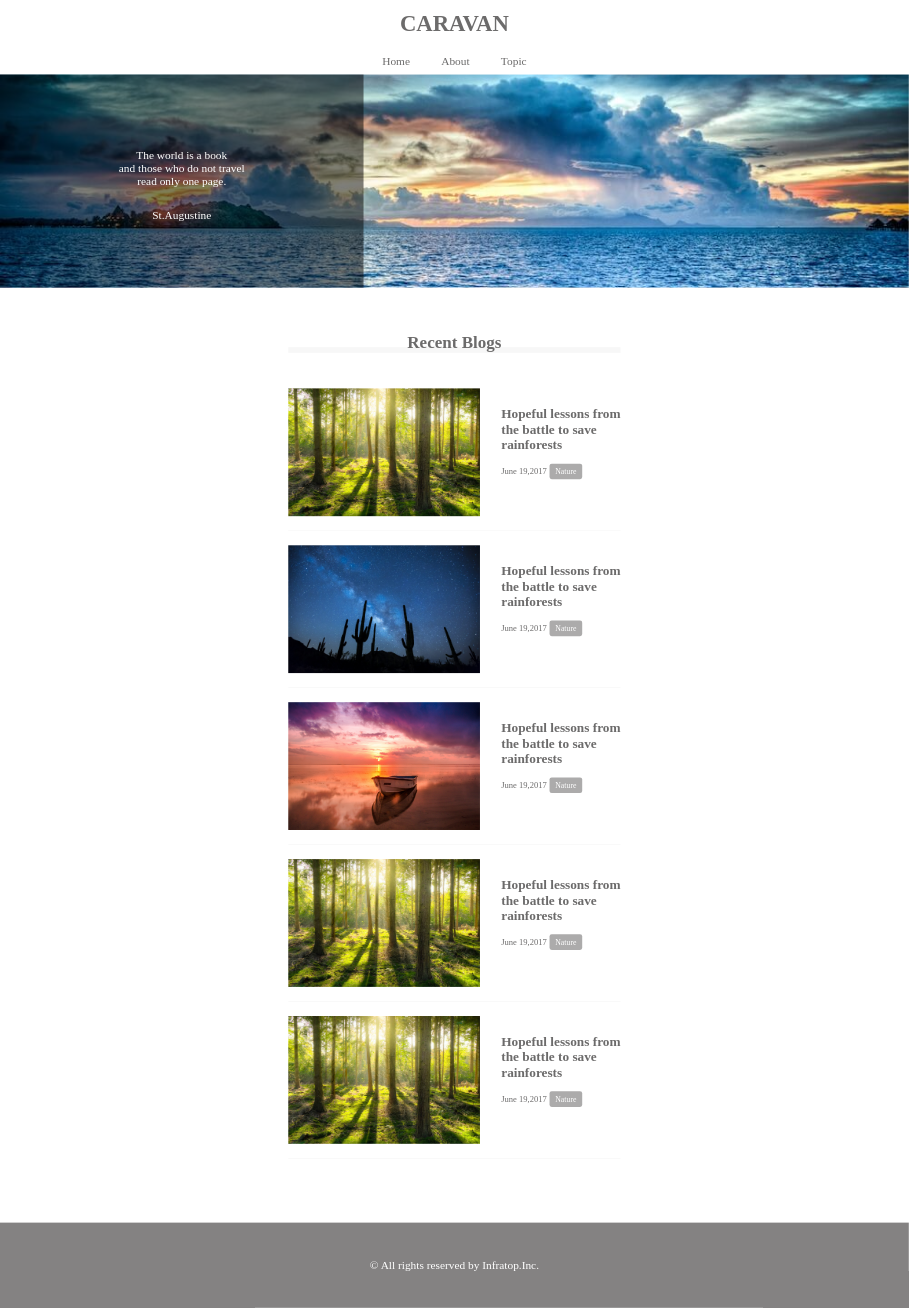
Repository: mitoma99/task4
Page: caravan/index.html
The author's editor kept a record of every edit. The page is drawn from the files as they stood at one moment, then again after the next edit.
The browser window is 1280 px wide. The pictures show the whole page, at 71% of full size.

Above is the page before.

### caravan/index.html
<!DOCTYPE html>
<html lang="ja">
  <head>
    <meta charset="UTF-8"/>
    <link rel="stylesheet" href="style.css"/>
    <title>CARAVAN</title>
  </head>


<body>
  <header>
    <h1 class="heading">
      <a href="index.html">
        CARAVAN
      </a>
    </h1>
  </header>

  <nav>
    <ul class="nav-list">
      <li class="nav-list-item">
        <a href="index.html">Home</a>
      </li>
      <li class="nav-list-item">About</li>
      <li class="nav-list-item">Topic</li>
    </ul>
  </nav>

  <div class="main-visual">
    <div class="main-visual-content">
      <p class="main-visual-text">
        The world is a book<br/>
        and those who do not travel<br/>
        read only one page.
      </p>
      <p class="main-visual-name">
        St.Augustine
      </p>
    </div>
  </div>

  <main>
    <section class="biog">
      <h2 class="blog-heading">Recent Blogs</h2>

      <div class="blog-box">
      <div class="blog-item">
        <img class="blog-image" src="img/forest.jpg"/>
        <section class="blog-text">
          <h3 class="blog-text-heading">
            <a href="single.html">
              Hopeful lessons from<br>
              the battle to save<br>
              rainforests
            </a>
          </h3>
          <p class="blog-date">June 19,2017</p>
          <span class="category">Nature</span>
        </section>
      </div>
      <div class="blog-item">
        <img class="blog-image" src="img/desert.jpg"/>
        <section class="blog-text">
          <h3 class="blog-text-heading">
            <a href="single.html">
              Hopeful lessons from<br>
              the battle to save<br>
              rainforests
            </a>
          </h3>
          <p class="blog-date">June 19,2017</p>
          <span class="category">Nature</span>
        </section>
        </div>
         <div class="blog-item">
        <img class="blog-image" src="img/sunset.jpg"/>
        <section class="blog-text">
          <h3 class="blog-text-heading">
            <a href="single.html">
              Hopeful lessons from<br>
              the battle to save<br>
              rainforests
            </a>
          </h3>
          <p class="blog-date">June 19,2017</p>
          <span class="category">Nature</span>
        </section>
        </div>
         <div class="blog-item">
        <img class="blog-image" src="img/forest.jpg"/>
        <section class="blog-text">
          <h3 class="blog-text-heading">
            <a href="single.html">
              Hopeful lessons from<br>
              the battle to save<br>
              rainforests
            </a>
          </h3>
          <p class="blog-date">June 19,2017</p>
          <span class="category">Nature</span>
        </section>
        </div>
         <div class="blog-item">
        <img class="blog-image" src="img/forest.jpg"/>
        <section class="blog-text">
          <h3 class="blog-text-heading">
            <a href="single.html">
              Hopeful lessons from<br>
              the battle to save<br>
              rainforests
            </a>
          </h3>
          <p class="blog-date">June 19,2017</p>
          <span class="category">Nature</span>
        </section>
        </div>
      </div>
    </section>
    <div class="sidebar"></div>
  </main>

  <footer>
    <p class="footer-text">© All rights reserved by Infratop.Inc.</p>
  </footer>
 </body>
</html>

### caravan/style.css
*{
  margin:0;
  padding:0;
  box-sizing:border-box;
  color:#6c6b6b;
}

a{
  text-decoration:none;
}

header{
  width:90%;
  padding:15px 0;
  margin:0 auto;
  text-align:center;
}

header.heading{
  font-size:32px;
}

.nav-list{
  text-align:center;
  padding:10px 0;
  margin:0 auto;
}

.nav-list-item{
  list-style:none;
  display:inline-block;
  margin:0 20px;
}

.main-visual{
  width:100%;
  height:300px;
  background-image:url(img/mv.jpg);
  background-size:cover;
  background-position:center;
}

.main-visual-content{
  width:40%;
  height:300px;
  background-color:rgba(0,0,0,0.5);
  text-align:center;
  padding-top:105px;
}

.main-visual-text{
  color:#fff;
}

.main-visual-name{
  margin-top:30px;
  color:#fff;
}

main{
  width:800px;
  display:flex;
  justify-content:center;
  margin:0 auto;
  padding:70px 0;
}

.blog{
  width:540px;
  margin-right:30px;
}

.blog-heading{
  border-bottom:8px solid #f7f7f7;
  text-align:center;
  line-height:0.6;
}

.blog-box{
  padding-top:50px;
}

.blog-item{
  padding-bottom:20px;
  margin-bottom:20px;
  border-bottom:1px solid #f7f7f7;
  display:flex;
  justify-content:flex-start;
}

.blog-image{
  height:180px;
}

.blog-text{
  padding:25px 0 0 30px;
}

.blog-text-heading{
  padding-bottom:15px;
}

.blog-date{
  font-size:12px;
  display:inline-block;
}

.category{
  display:inline-block;
  padding:5px 8px;
  background-color:#acabab;
  border-radius:3px;
  color:#fff;
  font-size:11px;
}

.sideber{
  width:230px;
}

footer{
  width:100%;
  height:120px;
  text-align:center;
  line-height:120px;
  background-color:#848282;
}

.footer-text{
  color:#fff;
}

After the next edit:
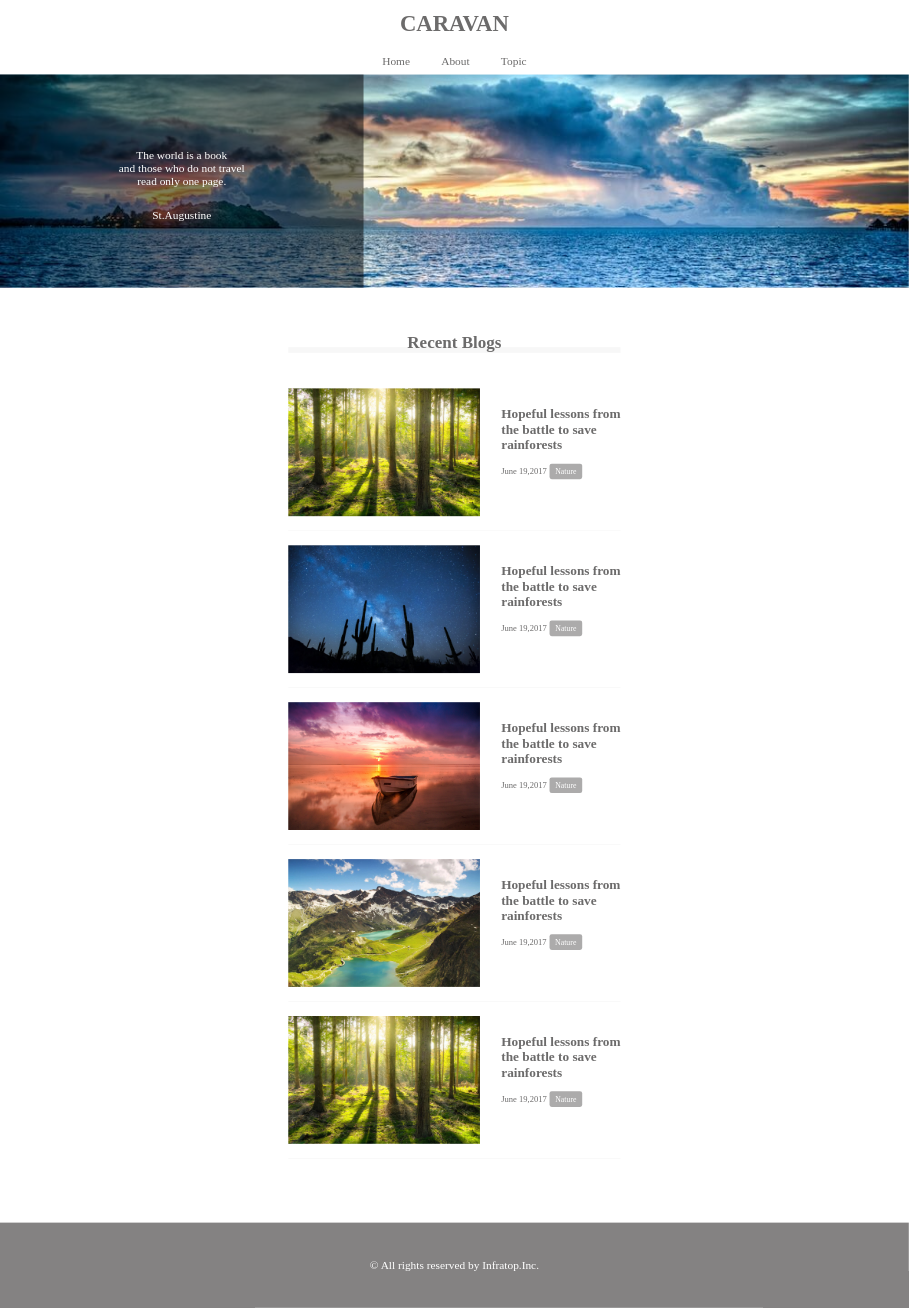
The edit:
--- a/caravan/index.html
+++ b/caravan/index.html
@@ -87,7 +87,7 @@
         </section>
         </div>
          <div class="blog-item">
-        <img class="blog-image" src="img/forest.jpg"/>
+        <img class="blog-image" src="img/italy.jpg"/>
         <section class="blog-text">
           <h3 class="blog-text-heading">
             <a href="single.html">
